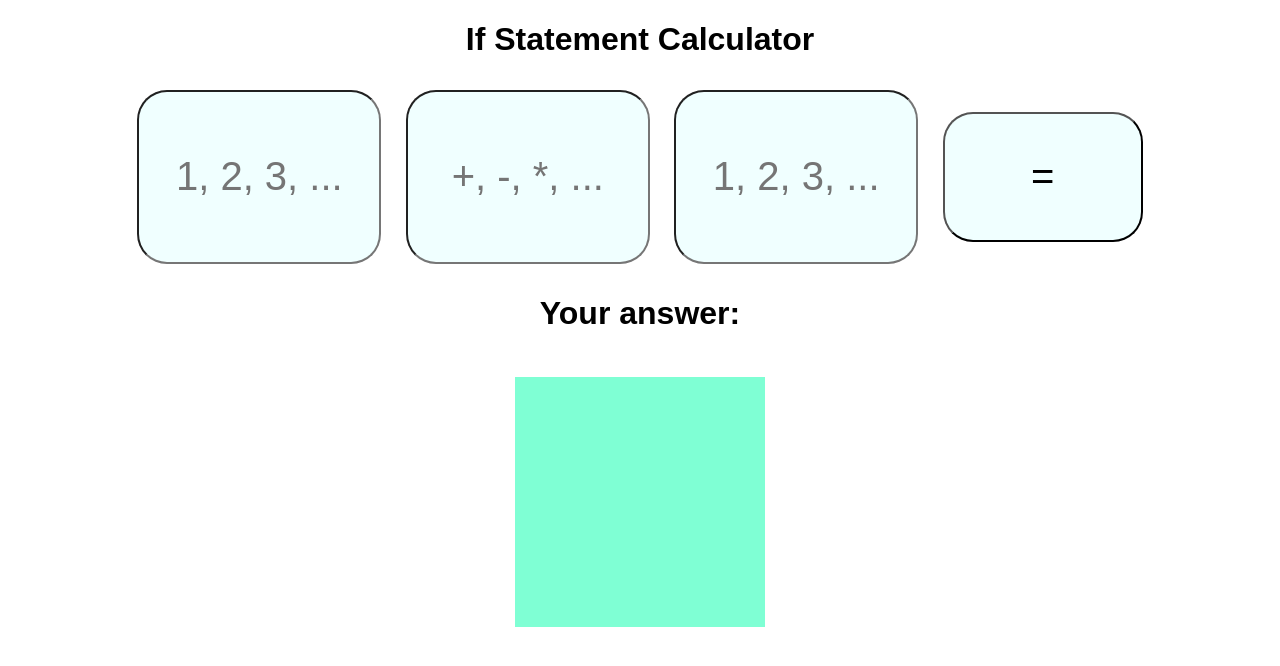
Repository: WesleyErasmus/threeInputCalculator
Page: html/if-calculator.html
These files come from the project's save history. The page is drawn as it stood at one moment and after the next save; the edit follows.
The browser window is 1280 px wide. The pictures show the whole page.

Above is the page before, as saved 2022-04-27 22:20:23.

### html/if-calculator.html
<!DOCTYPE html>
<html lang="en">
<head>
    <meta charset="UTF-8">
    <meta http-equiv="X-UA-Compatible" content="IE=edge">
    <meta name="viewport" content="width=device-width, initial-scale=1.0">
    <title>JS If Calculator</title>
    <link rel="stylesheet" href="/css/stylesheet.css">
    <script src="/js/if-calculator.js"></script>

</head>
<body>

<center>
    <form onsubmit="return false;">
        <h1>If Statement Calculator</h1>
        <!-- <div class="inputField"> -->
        <!-- <label for="input1">Enter a number</label> -->
         <input id="input1" type="text" name = "input1" placeholder="1, 2, 3, ..."> <!-- input-1 -->
        </div>
        <!-- <div class="inputField"> -->
         <!-- <label for="input3">Enter operator</label> -->
         <input id="input3" type="text" name = "input3" placeholder="+, -, *, ..."> <!-- input-3 (operator) -->
        </div>
        <!-- <div class="inputField"> -->
         <!-- <label for="input2">Enter a number </label> -->
         <input id="input2" type="text" name = "input2" placeholder="1, 2, 3, ..."> <!-- input-2 -->
        </div>
         <button onclick="sum()">=</button>
         <h1>Your answer:</h1>
         <p id="output"></p>
    </form>
</center>
</body>
</html>

### css/stylesheet.css
body {
font-family: sans-serif;
}
form {
display: block;
margin: 0 auto;
}
input {
    background-color: azure;
    width: 200px;
    height: 130px;
    padding: 20px;
    margin: 10px;
    text-align: center;
    font-size: 40px;
    border-radius: 30px;
}
button {
    background-color: azure;
    width: 200px;
    height: 130px;
    padding: 0;
    margin: 10px;
    font-size: 40px;
    border-radius: 30px;
}
p {
    text-align: center !important;
    vertical-align: middle !important;
    width: 210px;
    height: 210px;
    padding: 20px;
    font-size: 45px;
    background-color: aquamarine;
}

### js/if-calculator.js
function sum() {
const num1 = document.getElementById("input1").value;
const num2 = document.getElementById("input2").value;
const operator = document.getElementById("input3").value;
const output = document.getElementById("output").value;
  let answer;
  document.getElementById("output").value;
  if (operator == '+') {
    answer = +num1 + +num2;
    document.getElementById("output").innerHTML = answer;
  } else if (operator == '-') {
    answer = num1 - num2;
    document.getElementById("output").innerHTML = answer;
  } else if (operator == '*') {
    answer = num1 * num2;
    document.getElementById("output").innerHTML = answer;
  } else {
    answer = num1 / num2;
    document.getElementById("output").innerHTML = answer;
  }console.log(answer);
}

After the next save:
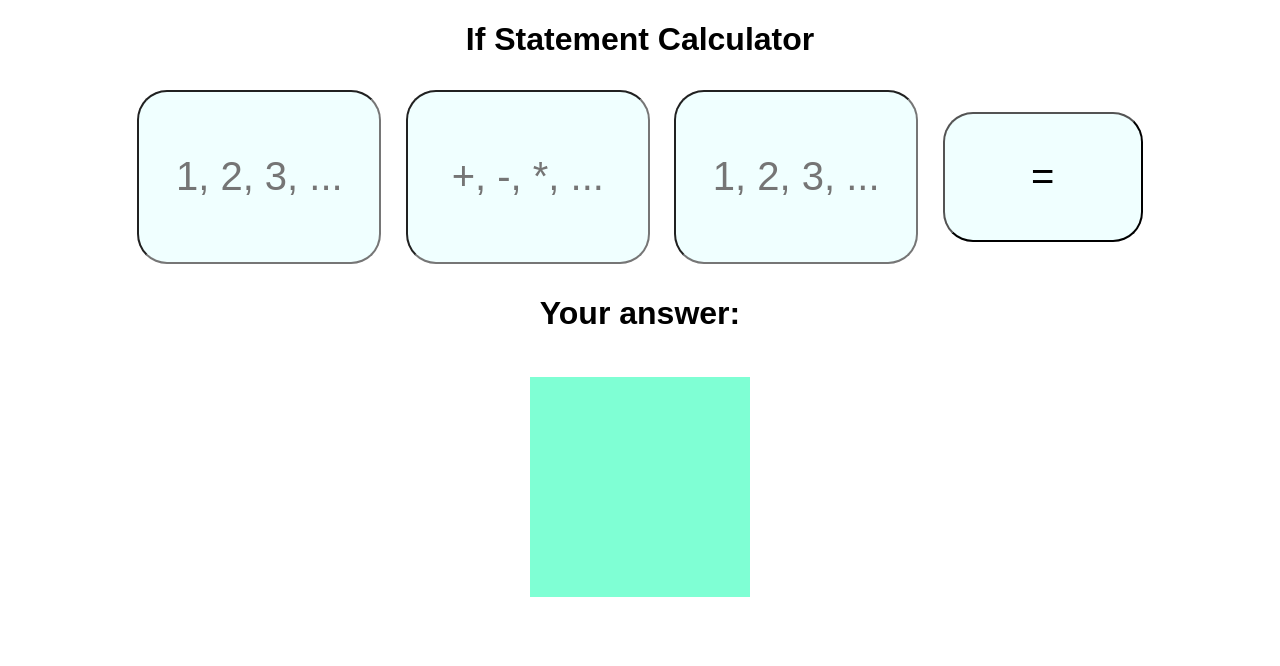
Saved 27 s later.
--- a/css/stylesheet.css
+++ b/css/stylesheet.css
@@ -27,8 +27,8 @@ button {
 p {
     text-align: center !important;
     vertical-align: middle !important;
-    width: 210px;
-    height: 210px;
+    width: 180px;
+    height: 180px;
     padding: 20px;
     font-size: 45px;
     background-color: aquamarine;
